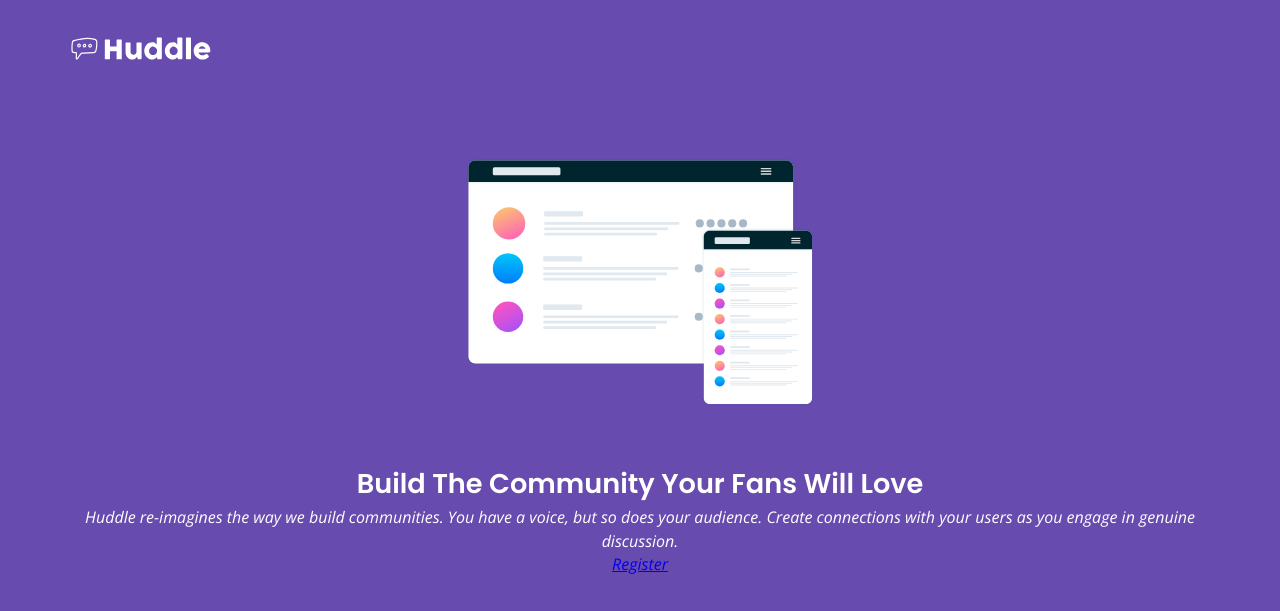
Repository: ivanvqz/huddle-landing-page
Page: index.html
An editor plug-in stored every save of this project. The page is shown before and after a run of saves, followed by the edit.
The browser window is 1280 px wide. The pictures show the part of the page from y = 0 to 611 px (the page is 996 px tall before and 1034 px after).
A picture or video elsewhere on the page could not be fetched, so the positions and the page height are approximate.

Above is the page before, as saved 2022-10-19 22:44:59.

### index.html
<!DOCTYPE html>
<html lang="en">
  <head>
    <meta charset="UTF-8">
    <meta name="viewport" content="width=device-width, initial-scale=1.0">

    <link rel="icon" type="image/png" sizes="32x32" href="./images/favicon-32x32.png">

    <title>Proyect 1</title>

    <link rel="preconnect" href="https://fonts.googleapis.com">
    <link rel="preconnect" href="https://fonts.gstatic.com" crossorigin>
    <link href="https://fonts.googleapis.com/css2?family=Open+Sans:ital@1&family=Poppins:ital,wght@0,600;1,400&display=swap" rel="stylesheet">

    <link rel="stylesheet" href="./css/style.css">
  </head>
<body>

  <header class="hero">
    <!-- menu de navegacion -->
    <nav class="nav container">
      <img src="./images/logo.svg" class="nav__logo" alt="Logo">
    </nav>

    <section class="hero__container container">
      <figure class="hero__picture">
        <img src="./images/illustration-mockups.svg" class="hero__img" alt="mockups">
      </figure>

      <div class="hero__texts">
        <h1 class="hero__title">Build The Community Your Fans Will Love</h1>
        <p class="hero__paragraph">Huddle re-imagines the way we build communities. You have a voice, but so does your audience.
        Create connections with your users as you engage in genuine discussion.</p>
        <a href="#" class="hero__cta">Register</a>
      </div>

      <div class="hero__contact">
        <a href="#" class="hero__link">
          <img src="./images/fb.svg" class="hero__icon" alt="icon">
        </a>
        <a href="#" class="hero__link">
          <img src="./images/twitter.svg" class="hero__icon" alt="icon">
        </a>
        <a href="#" class="hero__link">
          <img src="./images/instagram.svg" class="hero__icon" alt="icon">
        </a>
      </div>
    </section>
  </header>


  <!-- <footer>
    <p class="attribution">
      Challenge by <a href="https://www.frontendmentor.io?ref=challenge" target="_blank">Frontend Mentor</a>.
      Coded by <a href="#">Your Name Here</a>.
    </p>
  </footer> -->
</body>
</html>

### css/style.css
:root {
    --violet: hsl(257, 40%, 49%);
    --soft-magenta: hsl(300, 69%, 71%);

    --font1: 'Open Sans', sans-serif;
    --font2: 'Poppins', sans-serif;

    --padding-container: 60px 0;
}
* {
    margin: 0;
    box-sizing: border-box;
}
body {
    font-family: var(--font1);
}

.hero {
    background-color: var(--violet);
}

/* todos los elementos tengan un width de 90% y un margin 0 auto */

.container {
    width: 90%;
    margin: 0 auto;
    /* para los elementos que se salgan se oculten */
    overflow: hidden;
    max-width: 1200px;
    padding: var(--padding-container);
}

.nav {
    --padding-container: 30px 0;
}
.nav__logo {
    width: 150px;
    display: block;
}

.hero__container {
    display: flex;
    align-items: center;
    flex-direction: column;
}

.hero__img {
    max-width: 350px;
    width: 100%;
    /* para quitar el margen que tiene la imagen */
    display: block;
    margin: 0 auto;
}

.hero__texts {
    margin: 3.5em 0;
    color: white;
    text-align: center;
}

.hero__title {
    font-size: 1.7rem;
    font-family: var(--font2);
}

.hero__paragraph {
    line-height: 1.5;
    margin: 1.2 em;
}

### images/fb.svg
<svg xmlns="http://www.w3.org/2000/svg" width="24" height="24" viewBox="0 0 24 24" style="fill: #fff ;transform: ;msFilter:;"><path d="M13.397 20.997v-8.196h2.765l.411-3.209h-3.176V7.548c0-.926.258-1.56 1.587-1.56h1.684V3.127A22.336 22.336 0 0 0 14.201 3c-2.444 0-4.122 1.492-4.122 4.231v2.355H7.332v3.209h2.753v8.202h3.312z"></path></svg>

### images/twitter.svg
<svg xmlns="http://www.w3.org/2000/svg" width="24" height="24" viewBox="0 0 24 24" style="fill: #fff ;transform: ;msFilter:;"><path d="M19.633 7.997c.013.175.013.349.013.523 0 5.325-4.053 11.461-11.46 11.461-2.282 0-4.402-.661-6.186-1.809.324.037.636.05.973.05a8.07 8.07 0 0 0 5.001-1.721 4.036 4.036 0 0 1-3.767-2.793c.249.037.499.062.761.062.361 0 .724-.05 1.061-.137a4.027 4.027 0 0 1-3.23-3.953v-.05c.537.299 1.16.486 1.82.511a4.022 4.022 0 0 1-1.796-3.354c0-.748.199-1.434.548-2.032a11.457 11.457 0 0 0 8.306 4.215c-.062-.3-.1-.611-.1-.923a4.026 4.026 0 0 1 4.028-4.028c1.16 0 2.207.486 2.943 1.272a7.957 7.957 0 0 0 2.556-.973 4.02 4.02 0 0 1-1.771 2.22 8.073 8.073 0 0 0 2.319-.624 8.645 8.645 0 0 1-2.019 2.083z"></path></svg>

After the next 3 saves:
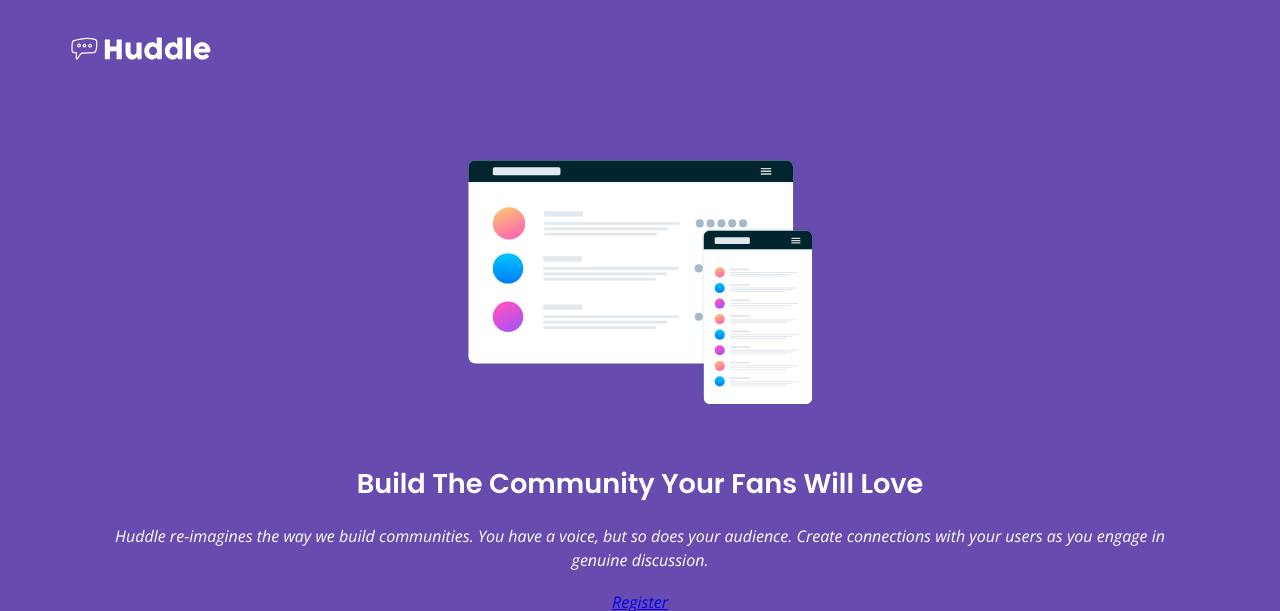
The 3 saves are shown as one change because they came seconds apart.
The last was saved 10 s later.
--- a/css/style.css
+++ b/css/style.css
@@ -65,5 +65,5 @@
 
 .hero__paragraph {
     line-height: 1.5;
-    margin: 1.2 em;
+    margin: 1.2em 1.73em;
 }
